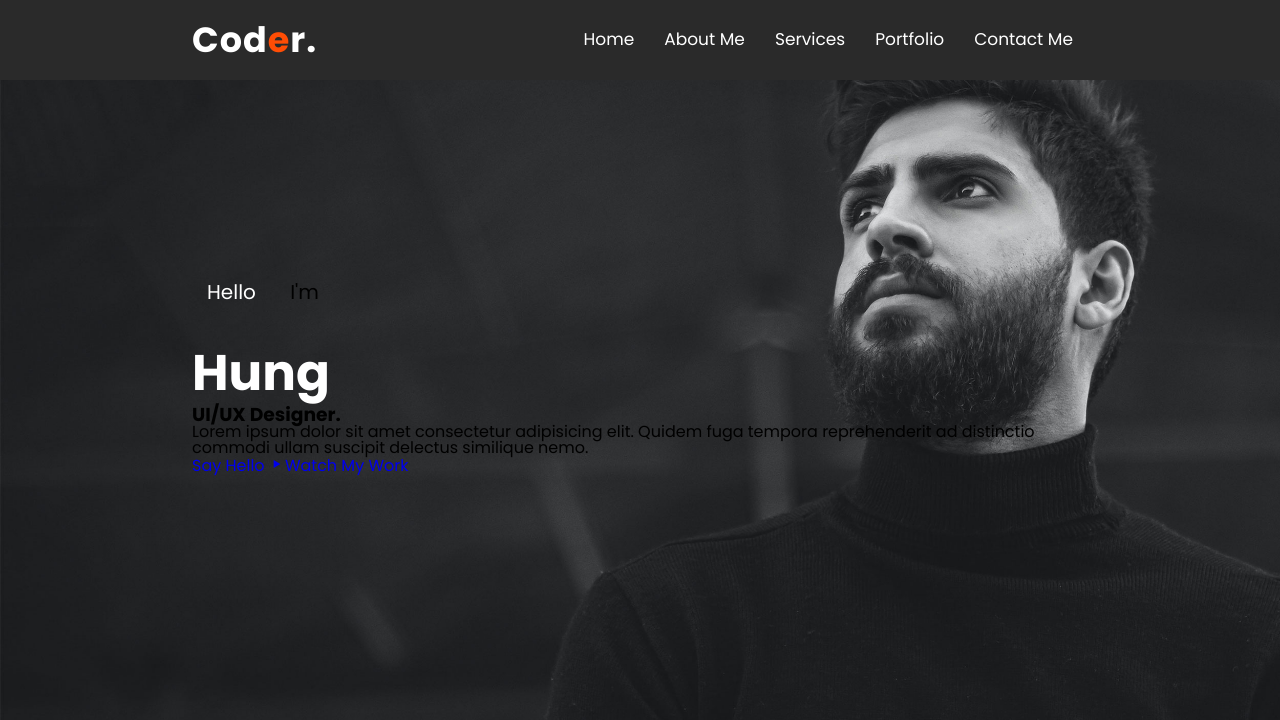
Repository: HungNg99/Protifolio2
Page: Portfolio/index.html
The author's editor kept a copy of each file at every save. The page is drawn from the files as they stood at one save, then again after the next save.
The browser window is 1280 px wide. The pictures show the whole page.

Above is the page before, as saved 2022-12-09 09:52:58.

After the next save:
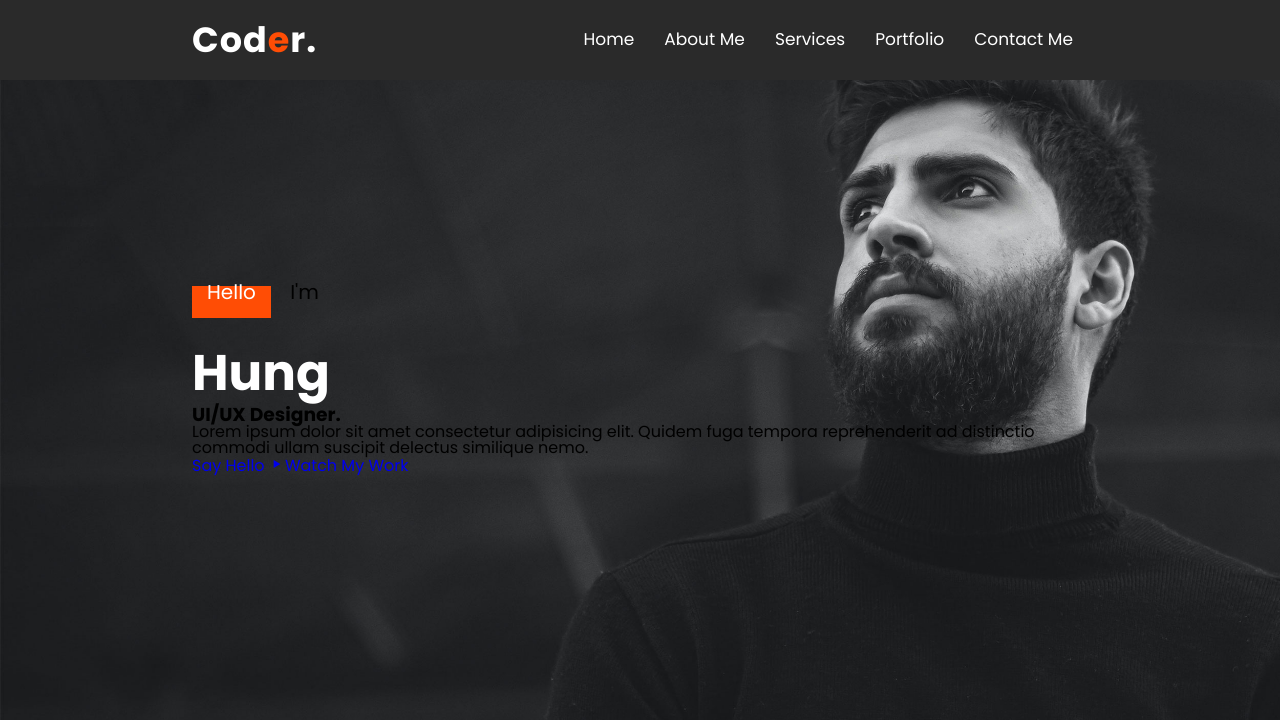
Saved 23 s later.
--- a/Portfolio/style.css
+++ b/Portfolio/style.css
@@ -85,7 +85,7 @@ section{
     line-height: 1.2rem;
     font-size: 20px;
     font-weight: 500;
-    background-color:(--main-color);
+    background-color: var(--main-color);
     color: var(--text-color);
 }
 .two{
